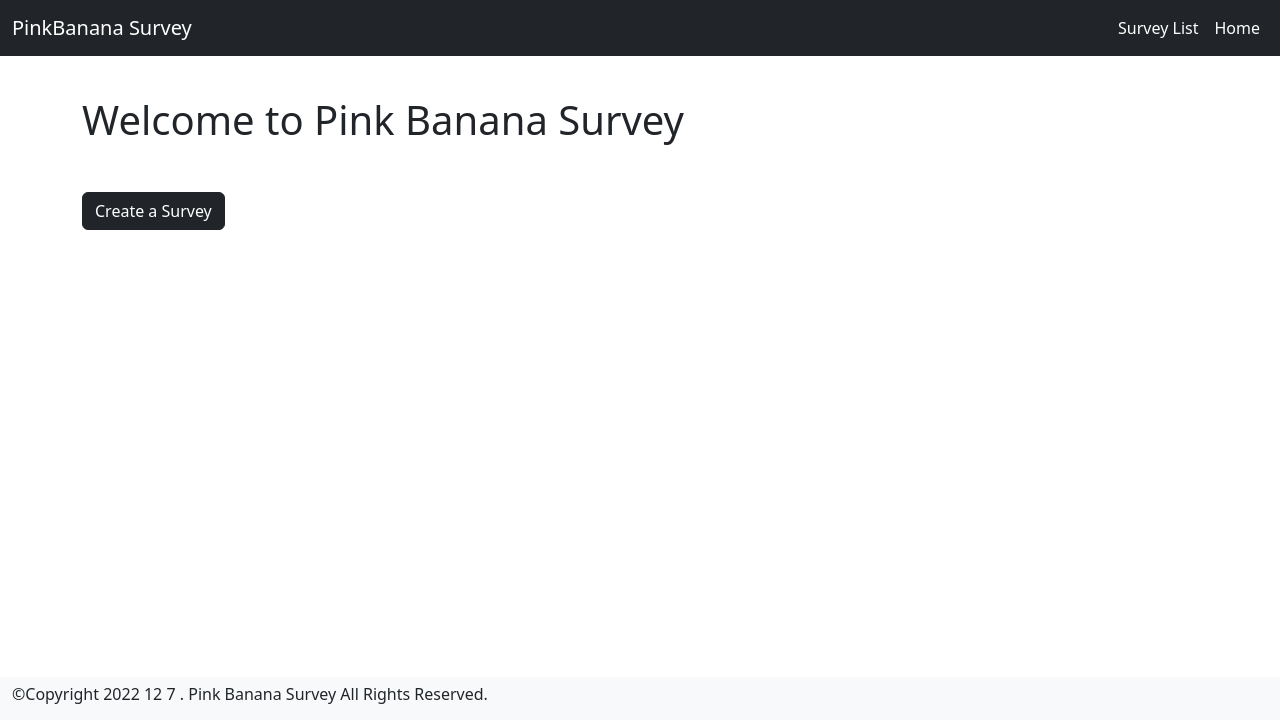
Repository: miaaow42/BananaProject
Page: / (app in front-end/)
An editor plug-in stored every save of this project. The page is shown before and after the next save, followed by the edit.
The browser window is 1280 px wide. The pictures show the whole page.
The project was rebuilt for these pictures with package versions that can differ from the ones it lists, and the page was loaded fresh each time. Also part of the build but not shown: front-end/src/App.css.

Above is the page before, as saved 2022-12-08 05:05:02.

### front-end/public/index.html
<!DOCTYPE html>
<html lang="en">
  <head>
    <meta charset="utf-8" />
    <link rel="icon" href="%PUBLIC_URL%/favicon.ico" />
    <meta name="viewport" content="width=device-width, initial-scale=1" />
    <meta name="theme-color" content="#000000" />
    <meta
      name="description"
      content="Web site created using create-react-app"
    />
    <link rel="apple-touch-icon" href="%PUBLIC_URL%/logo192.png" />
    <!--
      manifest.json provides metadata used when your web app is installed on a
      user's mobile device or desktop. See https://developers.google.com/web/fundamentals/web-app-manifest/
    -->
    <link rel="manifest" href="%PUBLIC_URL%/manifest.json" />
    <!--
      Notice the use of %PUBLIC_URL% in the tags above.
      It will be replaced with the URL of the `public` folder during the build.
      Only files inside the `public` folder can be referenced from the HTML.

      Unlike "/favicon.ico" or "favicon.ico", "%PUBLIC_URL%/favicon.ico" will
      work correctly both with client-side routing and a non-root public URL.
      Learn how to configure a non-root public URL by running `npm run build`.
    -->
    <title>PinkBanana Survey</title>
  </head>
  <body>
    <noscript>You need to enable JavaScript to run this app.</noscript>
    <div id="root"></div>
    <!--
      This HTML file is a template.
      If you open it directly in the browser, you will see an empty page.

      You can add webfonts, meta tags, or analytics to this file.
      The build step will place the bundled scripts into the <body> tag.

      To begin the development, run `npm start` or `yarn start`.
      To create a production bundle, use `npm run build` or `yarn build`.
    -->
  </body>
</html>

### front-end/src/App.tsx
import React from 'react';
import { BrowserRouter, Route, Routes } from 'react-router-dom';


// import logo from './logo.svg';
import './App.css';

// Styles and Fonts
import 'bootstrap/dist/css/bootstrap.min.css';
import '@fortawesome/fontawesome-free/css/all.min.css';

// Comment Components
import Header from './components/header';
import Footer from './components/footer';

// Content Components
import Home from './content/home';

function App() {
  return (
    <div className="App">
      <BrowserRouter>
      <Header></Header>

      {/* Client- Side Routing*/}
      <Routes>
        <Route path="/" element={<Home/>} />
        <Route path="/home" element={<Home/>} />
      </Routes>
      <Footer></Footer>
      </BrowserRouter>
    </div>
  );
}

export default App;

### front-end/src/components/header.tsx
import React from "react";
import {NavLink} from 'react-router-dom';

function Header()
{
    return(
        // <nav classNameName="navbar navbar-expand-lg navbar-dark navbar fixed-top x-navbar">
        //     <NavLink classNameName="navbar-brand" to="/"> <img src="/images/groupProjectLogo.png" alt="Logo" width="60px"/> PinkBanana Survey</NavLink>
        //     <div classNameName="container-fluid" >

        //          <button classNameName="navbar-toggler" type="button" data-bs-toggle="collapse" data-bs-target="#navbarSupportedContent"
        //             aria-controls="navbarSupportedContent" aria-expanded="false" aria-label="Toggle navigation">
        //              <span classNameName="navbar-toggler-icon "></span>
        //          </button>

        //          <div classNameName="collapse navbar-collapse" id="navbarSupportedContent" >
        //             <ul classNameName="navbar-nav ms-auto mb-2 mb-lg-0">
        //                 <li classNameName="nav-item">
        //                     <NavLink  to={"/home"} classNameName="nav-item" >Survey List</NavLink>
        //                 </li>
        //             </ul>
        //          </div>
        //     </div>
        // </nav>
        <nav className="navbar navbar-expand-lg bg-dark navbar-dark fixed-top">
            <div className="container-fluid">
                <NavLink className="navbar-brand" to={"/"}>PinkBanana Survey</NavLink>
                <button className="navbar-toggler" type="button" data-bs-toggle="collapse" data-bs-target="#navbarSupportedContent" aria-controls="navbarSupportedContent" aria-expanded="false" aria-label="Toggle navigation">
                    <span className="navbar-toggler-icon"></span>
                </button>
                <div className="collapse navbar-collapse" id="navbarSupportedContent">
                    <ul className="navbar-nav ms-auto mb-2 mb-lg-0">
                        <li className="nav-item">
                            <NavLink className="nav-link active" aria-current="page" to={"/"}>Survey List</NavLink>
                        </li>
                        <li className="nav-item">
                            <NavLink className="nav-link" aria-current="page" to={"/"}>Home</NavLink>
                        </li>
                    </ul>
                </div>
            </div>
        </nav>
    )
}

export default Header;

### front-end/src/components/footer.tsx
import React from "react";


// Footer Component
function Footer()
{
    function getDate(): number
    {
        let date = new Date();
        return date.getDate();
    }
    function getDate2(): number
    {
        let date = new Date();
        return date.getMonth() + 1;
    }
    function getDate3(): number
    {
        let date = new Date();
        return date.getTime();
    }

    return(
        <nav className="navbar fixed-bottom bg-light">
        <div className="container-fluid">
          <h6 >&copy;Copyright 2022 {getDate2()} {getDate()} . Pink Banana Survey All Rights Reserved. </h6>
        </div>
      </nav>
    )
}

export default Footer;

### front-end/src/content/home.tsx
import React from "react";
import { Link } from "react-router-dom";


function Home()
{
    return(
        <div className="container">
            <br></br><br></br><br></br><br></br>
            <h1 className="mb-5">Welcome to Pink Banana Survey</h1>

            <Link to={"/add-survey"}>
                <button className="btn btn-dark"> Create a Survey</button>
            </Link>

        </div>
    )
}

export default Home;

Loaded but not shown: front-end/src/index.tsx (common file); front-end/src/index.css (common file); front-end/src/reportWebVitals.ts (common file)

After the next save:
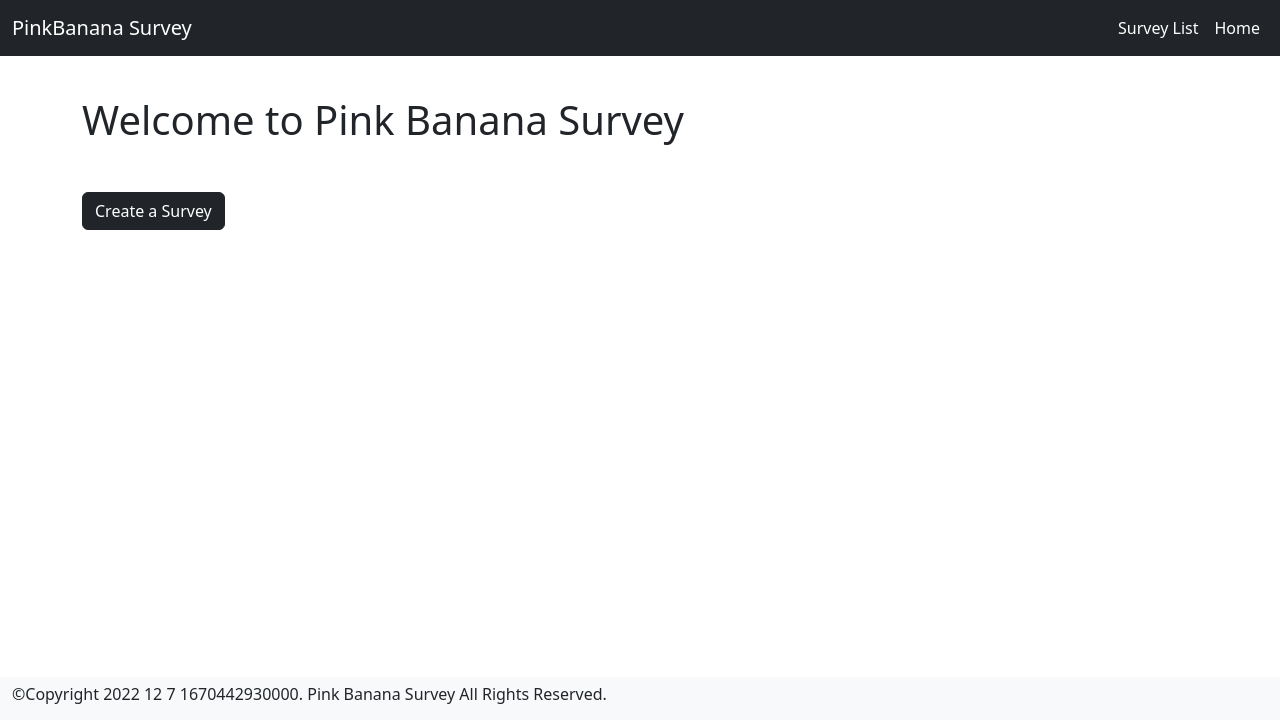
Saved 14 s later.
--- a/front-end/src/components/footer.tsx
+++ b/front-end/src/components/footer.tsx
@@ -23,7 +23,7 @@ function Footer()
     return(
         <nav className="navbar fixed-bottom bg-light">
         <div className="container-fluid">
-          <h6 >&copy;Copyright 2022 {getDate2()} {getDate()} . Pink Banana Survey All Rights Reserved. </h6>
+          <h6 >&copy;Copyright 2022 {getDate2()} {getDate()} {getDate3()}. Pink Banana Survey All Rights Reserved. </h6>
         </div>
       </nav>
     )
